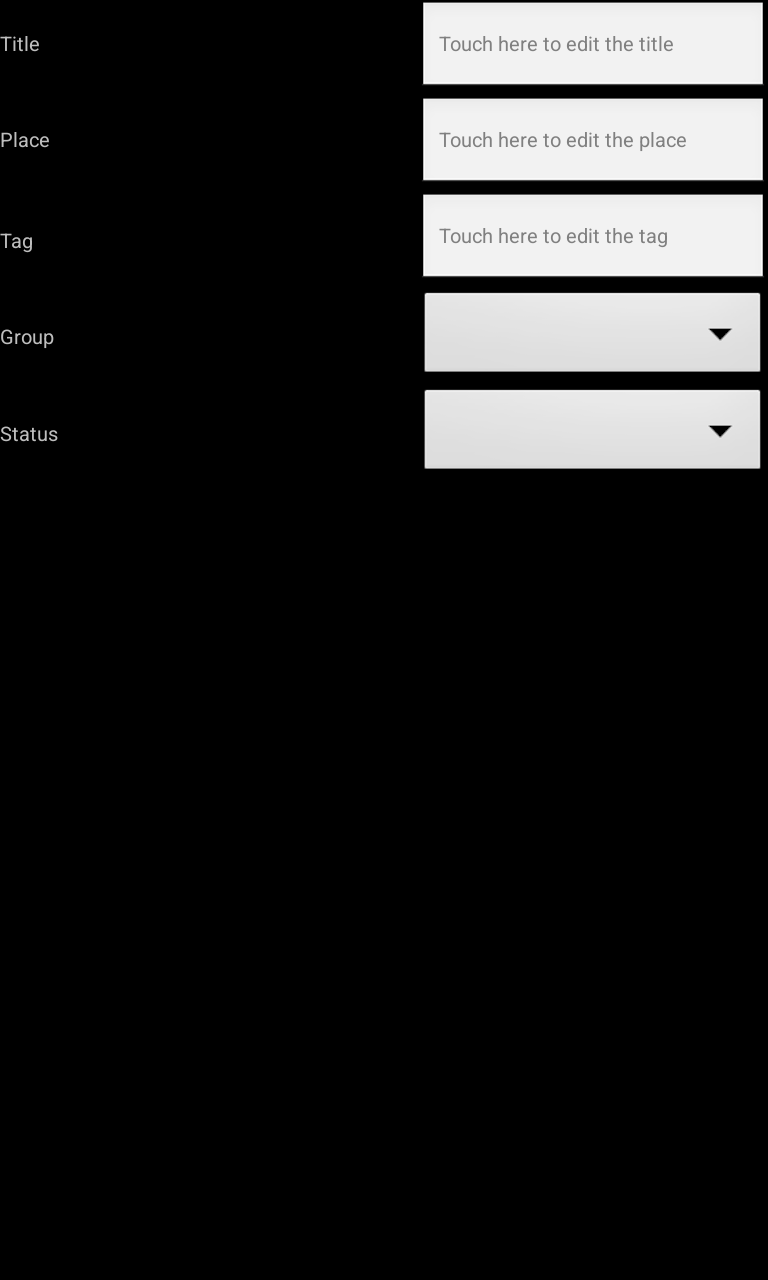
Repository: hilfialkaff/todo
Layout: ToDo_Replica/res/layout/add.xml
An editor plug-in stored every save of this project. The layout is shown before and after the next save, followed by the edit.
It is drawn on a 768 x 1280 px phone screen (xhdpi) without system bars, with theme CustomTheme; the app's code is not run.

Above is the layout before, as saved 2011-03-18 01:50:41.

### ToDo_Replica/res/layout/add.xml
<?xml version="1.0" encoding="utf-8"?>
<LinearLayout xmlns:android="http://schemas.android.com/apk/res/android"
    android:layout_width="fill_parent"
    android:layout_height="fill_parent">
<ScrollView
	android:id="@+id/sc_timeline"
	android:layout_width="wrap_content"
	android:layout_height="wrap_content"
	android:scrollbars="vertical">
<TableLayout
	android:id="@+id/tl_add"
	android:layout_width="fill_parent"
	android:layout_height="wrap_content"
	android:stretchColumns="0">
	<TableRow
		android:id="@+id/tr_title"
		android:layout_width="fill_parent"
		android:layout_height="wrap_content">
		<TextView
			android:id="@+id/tv_title"
			android:layout_width="wrap_content"
			android:layout_height="wrap_content"
			android:text="Title"
			android:textSize="20px">
		</TextView>
		<EditText
			android:id="@+id/et_title"
			android:layout_width="350px"
			android:layout_height="wrap_content"
			android:hint="Touch here to edit the title"
			android:textSize="20px">
		</EditText>
	</TableRow>
	<TableRow
		android:id="@+id/tr_place"
		android:layout_width="fill_parent"
		android:layout_height="wrap_content">
		<TextView
			android:id="@+id/tv_place"
			android:layout_width="wrap_content"
			android:layout_height="wrap_content"
			android:text="Place"
			android:textSize="20px">
		</TextView>
		<EditText
			android:id="@+id/et_place"
			android:layout_width="350px"
			android:layout_height="wrap_content"
			android:hint="Touch here to edit the place"
			android:textSize="20px">
		</EditText>
	</TableRow>
	<TableRow
		android:id="@+id/tr_tag"
		android:layout_width="fill_parent"
		android:layout_height="wrap_content"
		android:gravity="center_vertical">
		<TextView
			android:id="@+id/tv_status"
			android:layout_width="wrap_content"
			android:layout_height="wrap_content"
			android:text="Tag"
			android:textSize="20px">
		</TextView>
		<AutoCompleteTextView
			android:id="@+id/actv_tag"
			android:layout_width="350px"
			android:layout_height="wrap_content"
			android:hint="Touch here to edit the tag"
			android:textSize="20px">
		</AutoCompleteTextView>
	</TableRow>
	<TableRow
		android:id="@+id/tr_group"
		android:layout_width="fill_parent"
		android:layout_height="wrap_content"
		android:gravity="center_vertical">
		<TextView
			android:id="@+id/tv_group"
			android:layout_width="wrap_content"
			android:layout_height="wrap_content"
			android:text="Group"
			android:textSize="20px">
		</TextView>
		<Spinner
			android:id="@+id/s_group"
			android:layout_width="350px"
			android:layout_height="wrap_content">
		</Spinner>
	</TableRow>
	<TableRow
		android:id="@+id/tr_status"
		android:layout_width="fill_parent"
		android:layout_height="wrap_content"
		android:gravity="center_vertical">
		<TextView
			android:id="@+id/tv_status"
			android:layout_width="wrap_content"
			android:layout_height="wrap_content"
			android:text="Status"
			android:textSize="20px">
		</TextView>
		<Spinner
			android:id="@+id/s_status"
			android:layout_width="350px"
			android:layout_height="wrap_content">
		</Spinner>
	</TableRow>
</TableLayout>
</ScrollView>
</LinearLayout>

### ToDo_Replica/res/values/custom_style.xml
<?xml version="1.0" encoding="UTF-8"?>
<resources>
    <style name="CustomWindowTitleBackground" parent="android:WindowTitleBackground">
        <item name="android:background">@android:color/transparent</item>
    </style>
    <style name="CustomTheme" parent="android:Theme">
        <item name="android:windowTitleSize">50px</item>
        <item name="android:windowTitleBackgroundStyle">@style/CustomWindowTitleBackground</item>
    </style>
</resources>

After the next save:
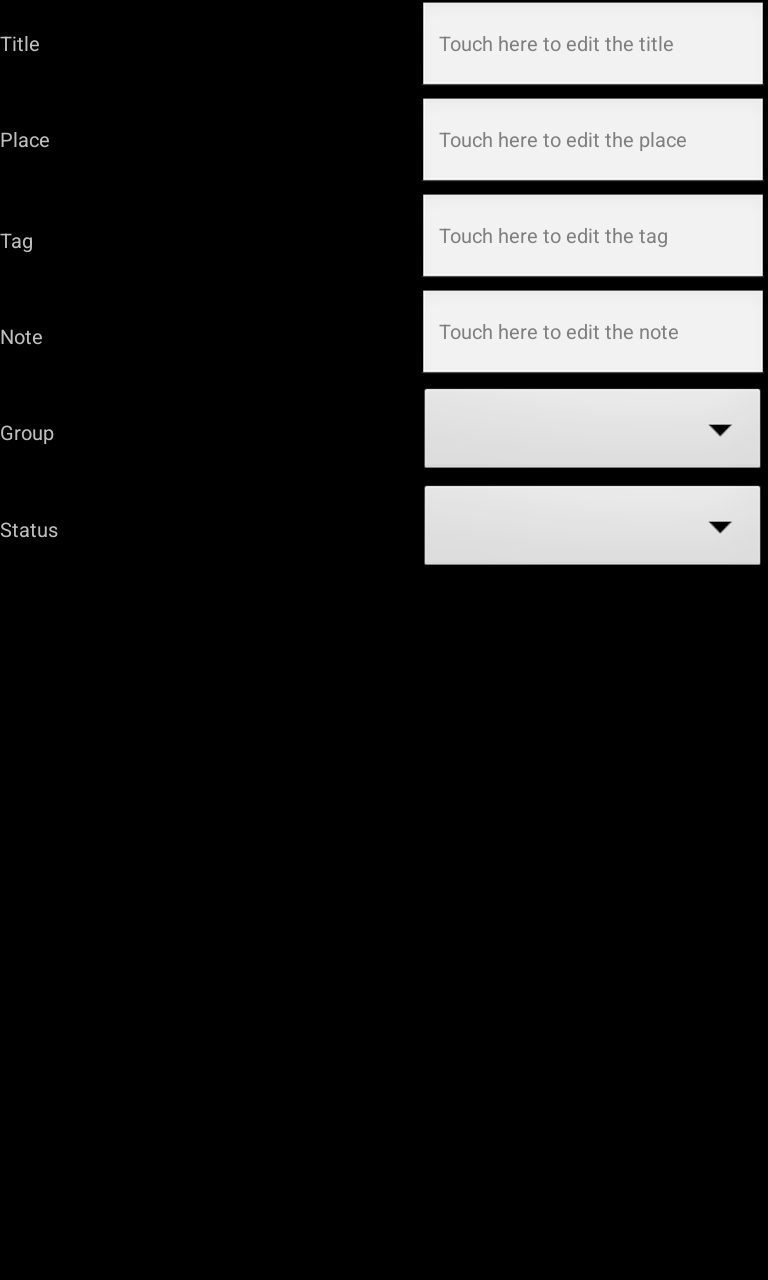
Saved 2 min 5 s later.
--- a/ToDo_Replica/res/layout/add.xml
+++ b/ToDo_Replica/res/layout/add.xml
@@ -71,6 +71,26 @@
 		</AutoCompleteTextView>
 	</TableRow>
 	<TableRow
+		android:id="@+id/tr_note"
+		android:layout_width="fill_parent"
+		android:layout_height="wrap_content"
+		android:gravity="center_vertical">
+		<TextView
+			android:id="@+id/tv_note"
+			android:layout_width="wrap_content"
+			android:layout_height="wrap_content"
+			android:text="Note"
+			android:textSize="20px">
+		</TextView>
+		<AutoCompleteTextView
+			android:id="@+id/actv_note"
+			android:layout_width="350px"
+			android:layout_height="wrap_content"
+			android:hint="Touch here to edit the note"
+			android:textSize="20px">
+		</AutoCompleteTextView>
+	</TableRow>
+	<TableRow
 		android:id="@+id/tr_group"
 		android:layout_width="fill_parent"
 		android:layout_height="wrap_content"
